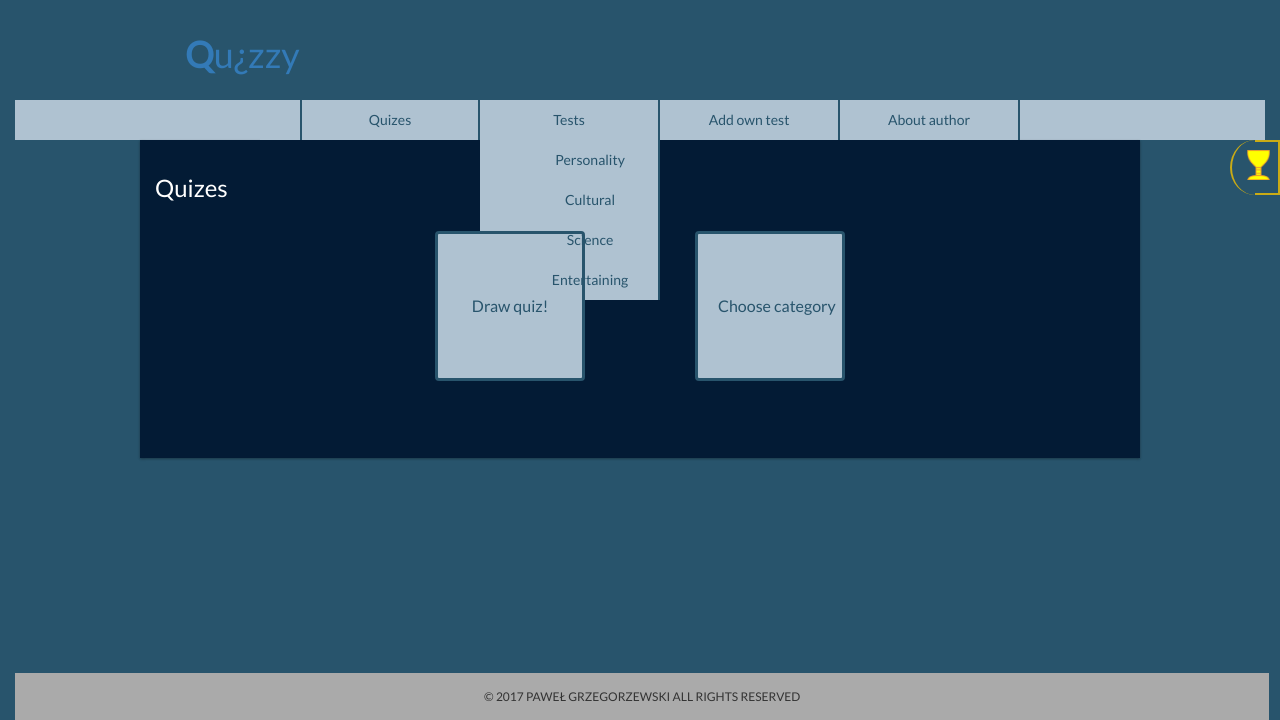
Repository: pgrzegorzewski/quiz
Page: http://localhost/app/quiz.php
The author's editor kept a copy of each file at every save. The page is drawn from the files as they stood at one save, then again after the next save.
The browser window is 1280 px wide. The pictures show the whole page.
Some web libraries are served in a nearby version. The page is run by PHP 8.4 with error messages shown; the project is at /var/www/html/.

Above is the page before, as saved 2017-04-22 12:39:51.

### htdocs/app/learningapp/app/quiz.php
<!DOCTYPE html>
<html>
<head>
	<meta name="viewport" content="width=device-width, initial-scale=1.0">
	<meta http-equiv="content-type" content="text/html; charset=utf-8">
	<meta charset="utf-8">
	<link rel="stylesheet" href="https://maxcdn.bootstrapcdn.com/bootstrap/3.3.7/css/bootstrap.min.css">
	<script src="https://ajax.googleapis.com/ajax/libs/jquery/3.1.1/jquery.min.js"></script>
	<script src="https://maxcdn.bootstrapcdn.com/bootstrap/3.3.7/js/bootstrap.min.js"></script>
	<link href="https://fonts.googleapis.com/css?family=Lato" rel="stylesheet">
	<link rel="StyleSheet" href="../css/index.css" />
	<link rel="StyleSheet" href="../css/question.css" />
	<link rel="StyleSheet" href="../css/quiz.css" />
	<link rel="StyleSheet" href="../css/side_menu_leaderboard.css" />
	<script type="text/javascript" src="../js/question.js"></script>
	<script type="text/javascript" src="../js/entertaining_test.js"></script>
	<script type="text/javascript" src="../js/side_menu_leaderboard.js"></script>
</head>

<body>

<div class="container-fluid">

	<div class= "sidemenu_2">

	</div>
	<div class= "sidemenu">
		<p style="cursor:pointer"><img src = "../resources/img/trophy.png" height = "50px" onmouseover="openLeaderboard()"/></p> <!-- &#9776; -->
	</div>
	<div id = 'leaderboard' class = 'leaderboard' onmouseleave = "closeLeaderboard()" >
		<a href = "javascript:void(0)" class = "closebtn" onclick = "closeLeaderboard()">&times;</a>
		test 1000pts;
	</div>


	<header class ="header">
		<h1 id="title"><a href ="index.php"><b>Q</b>u¿zzy</a></h1>
	</header>

	<div class="nav">
		<ol>
			<li>
				<a href ='#' id = "visited">Quizes</a>
			</li>
			<li>
				<a href ='#'>Tests</a>
				<ul>
					<li><a href="#">Personality</a></li>
					<li><a href="#">Cultural</a></li>
					<li><a href="#">Science</a></li>
					<li><a href="entertaining_test.php">Entertaining</a></li>
				</ul>
			</li>
			<li>
				<a href ='add_test.php'>Add own test</a>
			</li>
			<li>
				<a href ='#'>About author</a>
			</li>
		</ol>
	</div>

	<section class = "section">
		<div id ="welcome_div">
			<h3>Quizes</h3>

		</div>
		<div class = "row">
			<div class="col-sm-12" id="tiles">
				<?php

				echo "
					<table id = \"tile\">
						<tr>
							<td>
								<button name = '1' id = 'quizButton' class = 'category btn' >Draw quiz!</button>
							</td>
							<td style = \"width:50px\">

							</td>
							<td>
								<button name = '2' id = 'quizButton' class = 'category btn'>Choose category</button>
							</td>
						</tr>
					</table>
				";
				?>
				<br/><br/>

			</div>
		</div>
		<div class ="row">
			<div class="col-sm-12">
				<h4 id="test_title" hidden = "true">Let's begin with the</h4>
			</div>
		</div>
		<div id = "test_questions">

		</div>
		<div class ='row'>
				<div class='col-sm-12' id = 'result_div'>
					<h4 id= 'result_text' hidden = 'true'></h4>
				</div>
		</div>

	</section>
	<div class="footer">
		© 2017 PAWEŁ GRZEGORZEWSKI ALL RIGHTS RESERVED
	</div>
</div>




</body>
</html>

### htdocs/app/learningapp/css/index.css

.container-fluid
{
	min-height: 100%;
	background-color:#28546C;
	width:100%;
	font-family: 'Lato', sans-serif;
}

img{
	padding:10px;
}

#img2{
	padding:3px;
	padding-bottom:12px;
}

html {
    font-family: "Lucida Sans", sans-serif;
    background-color:#28546C;
}

h1, h2, h3 ,h4{
	color: white;
	text-align:ceter;
}

#title{
	margin-left:30px;
}

body
{
	height:100%;
	padding-bottom:60px;
	background-color:#28546C;
	margin:0px !important;

}
.page {
  margin-left:auto;
  margin-right:auto;
  width:100%;
}

.title {
	text-align:center;
}

.buttons_next_prev{
	text-align:center;
}


.header {
	width:80%;
	margin:0 auto;
    background-color: #28546C;
    color: #ffffff;
    padding: 15px;
	text-decoration: none;

}

.menu_header {
	width:80%;
    background-color: #CCCCCC;
    padding: 10px;
    color: white;
    text-align: center;
    font-size: 14px;
    box-shadow: 0 1px 3px rgba(0,0,0,0.12), 0 1px 2px rgba(0,0,0,0.24);
	width:auto;
}


.section{

	width: 80%;
	margin:0 auto;
	background-color: #031B35;
    padding: 15px;
    color: white;
    text-align: justify;
    font-size: 14px;
    box-shadow: 0 1px 3px rgba(0,0,0,0.12), 0 1px 2px rgba(0,0,0,0.24);
}

td
{
	padding-right:12px;
}


.canvas{

	 width: 500px;
	 height: 300px;
	 color: #FFFFFF;
}

.nav {
	width:100%;
	background-color:#AFC2D1;
	text-align: center;
	vertical-align:center;
}

.footer
{
	width:100%;
	background-color:#AFC2D1;
	text-align: center;
	vertical-align:center;
}

.nav ol
{
	margin:0 auto;
	background-color:#AFC2D1;
	list-style:none;
	line-height: 200%;
	display:inline-block;
	vertical-align:middle;
	height:40px;
}


ol a
{
	color: #28546C;
	text-decoration:none;
	display:block;
	height:40px;
	padding:6px;
	vertical-align: middle;
	text-align: center;
	z-index:200;
}

ol > li
{
	list-style:none;
	width: 180px;
	color: #28546C;
	background-color:#AFC2D1;
	border-right:2px solid #28546C;
	float:left;
	display: table-cell;

}

ol > li:hover
{
	background-color:#031B35;

}

ol > li a:hover
{
	color:white;
	border: 1px solid white;
}


ol > li:first-child
{
	border-left:2px solid #28546C;
}

ol > li > ul
{
	position: relative;
	z-index: 100;
	list-style-type: none;
	width: 180px;
}


.menu a:link, a:visited {
    color: white;
    background-color: #CCCCCC;
	padding: 3px;
	width: width:1200px;;
    text-decoration: none;
    display: inline-block;
}


.menu a:hover, a:active {
    color: white;
	background-color: #999999;
}

.section a:link, a:visited {
    color: #000000;
    background-color: #CCCCCC;
	padding: 3px;
	width: 50px;
    text-decoration: none;
}


.section a:hover, a:active {
    background-color: #999999;
	color: white;
}

.footer {
    background-color: #AAAAAA;
    font-size: 12px;
    padding: 15px;
    bottom: 0;
    position : fixed;
    width:98%

}

.submenu{
	display:none;
}



@media only screen and (min-width: 768px) and (max-width: 922px) {
    .col-m-1 {width: 8.33%;}
    .col-m-2 {width: 16.66%;}
    .col-m-3 {width: 25%;}
    .col-m-4 {width: 33.33%;}
    .col-m-5 {width: 41.66%;}
    .col-m-6 {width: 50%;}
    .col-m-7 {width: 58.33%;}
    .col-m-8 {width: 66.66%;}
    .col-m-9 {width: 75%;}
    .col-m-10 {width: 83.33%;}
    .col-m-11 {width: 91.66%;}
    .col-m-12 {width: 100%;}
}

@media only screen and (min-width: 922px) and (max-width: 1200px) {
    .col-1 {width: 8.33%;}
    .col-2 {width: 16.66%;}
    .col-3 {width: 25%;}
    .col-4 {width: 33.33%;}
    .col-5 {width: 41.66%;}
    .col-6 {width: 50%;}
    .col-7 {width: 58.33%;}
    .col-8 {width: 66.66%;}
    .col-9 {width: 75%;}
    .col-10 {width: 83.33%;}
    .col-11 {width: 91.66%;}
    .col-12 {width: 100%;}
}

@media only screen and (min-width: 1200px){
    .col-1 {width: 8.33%;}
    .col-2 {width: 16.66%;}
    .col-3 {width: 25%;}
    .col-4 {width: 33.33%;}
    .col-5 {width: 41.66%;}
    .col-6 {width: 50%;}
    .col-7 {width: 58.33%;}
    .col-8 {width: 66.66%;}
    .col-9 {width: 75%;}
    .col-10 {width: 83.33%;}
    .col-11 {width: 91.66%;}
    .col-12 {width: 100%;}
}

### htdocs/app/learningapp/css/question.css
#question
{
	text-align: center;

}


#question button{
	min-width: 50px;
	text-align: center;
}

#question th{
	min-width: 50px;
	text-align: center;
}

td, th > #question{
	min-width: 90px;
	padding:10px;
	text-align: center;
}

### htdocs/app/learningapp/css/quiz.css
#quizButton
{
	padding:20px;
}


#tiles
{
	padding:10px;
	z-index:50;
	position:relative;
}

#tile
{
	text-align:center;
	margin-left:auto;
	margin-right:auto;

}

button .clicked
{
	background-color:#6ac65b;
}

#tile  tr  td
{
	width: 150px;
	height: 150px;
}

#tile  tr  td > button
{
	background-color:#AFC2D1;
	color:#28546C;
	width: 150px;
	height: 150px;
	border: 3px solid #28546C;
	font-size:16px;
	z-index:50;
}

#tile  tr  td >button:hover
{
	background-color:#CAAB15;
	color:white;
	width: 150px;
	height: 150px;
	border: 3px solid #28546C;
}

### htdocs/app/learningapp/css/side_menu_leaderboard.css
.leaderboard
{
	height:40%;
	width:0;
	position: fixed;
	z-index: 250;
	top: 140px;
	right: 0;
	border:0px solid #CAAB15;
	background-color:#AFC2D1;
	overflow-x: hidden;
	transition: 0.5s;
	padding-top: 60px;
	hidden:true;
	text-align:center;
}

.leaderboard .closebtn{
	position: absolute;
	top: 0;
	right:5px;
	font-size: 25px;
	margin-right: 0px;
}

.sidemenu
{
	height:55px;
	width:50px;
	border-radius:100%;
	border-left:2px solid #CAAB15;
	position: fixed;
	z-index: 200;
	top: 140px;
	right: 0;
	font-size:20px;
	text-align:center;
}

.sidemenu_2
{
	height:55px;
	width:25px;
	position: fixed;
	z-index: 150;
	top: 140px;
	right: 0;
	border-bottom:2px solid #CAAB15;
	border-top:2px solid #CAAB15;
	border-right:2px solid #CAAB15;
}

### htdocs/app/learningapp/js/question.js

function checkAnswear(button)
{
	if($(button).attr("id") == '1')
		alert("You won");
	else
		alert("nope");
}

### htdocs/app/learningapp/js/side_menu_leaderboard.js
function openLeaderboard()
{
	document.getElementById("leaderboard").style.width = "250px";
	document.getElementById("leaderboard").style.border = "2px solid #CAAB15";

}

function closeLeaderboard()
{
	document.getElementById("leaderboard").style.width = "0px";
	document.getElementById("leaderboard").style.border = "0px solid #CAAB15";
}

Loaded but not shown: htdocs/app/learningapp/js/entertaining_test.js (no copy from this time; the picture is the same without it)

After the next save:
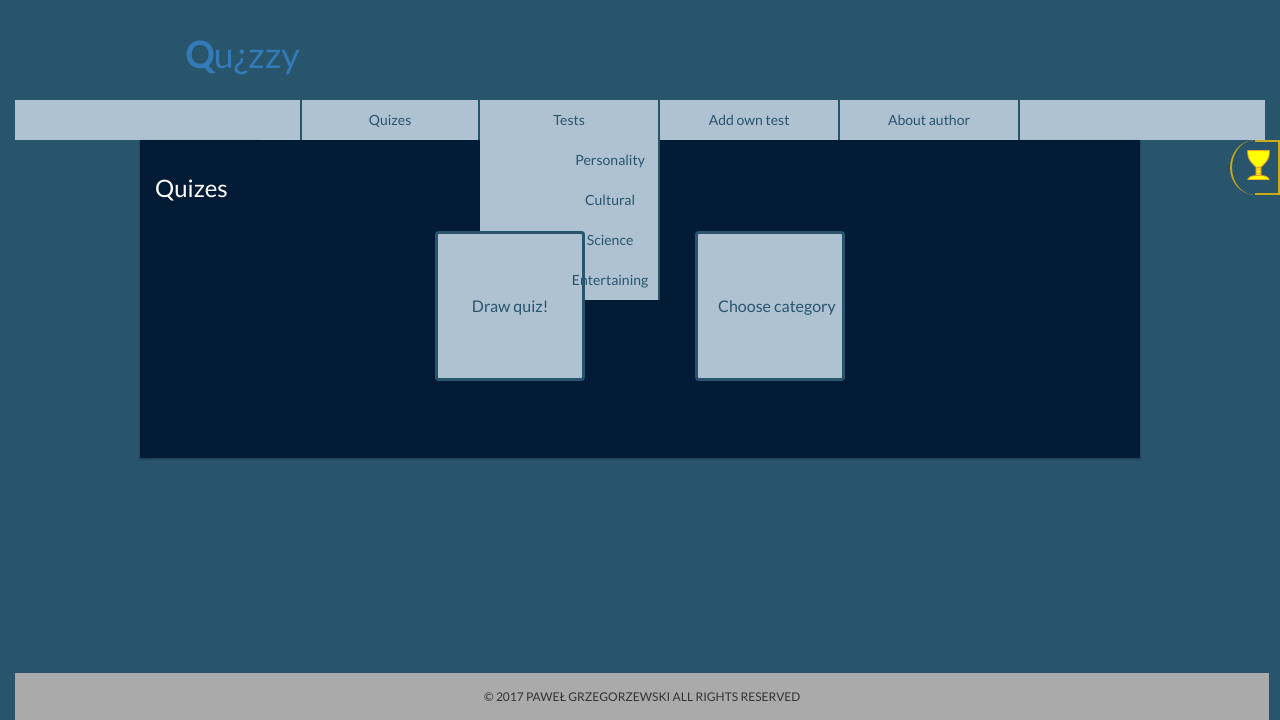
Saved 42 s later.
--- a/htdocs/app/learningapp/css/index.css
+++ b/htdocs/app/learningapp/css/index.css
@@ -174,6 +174,10 @@ ol > li > ul
 	position: relative;
 	z-index: 100;
 	list-style-type: none;
+
+}
+ol > li > ul > li > a
+{
 	width: 180px;
 }
 
